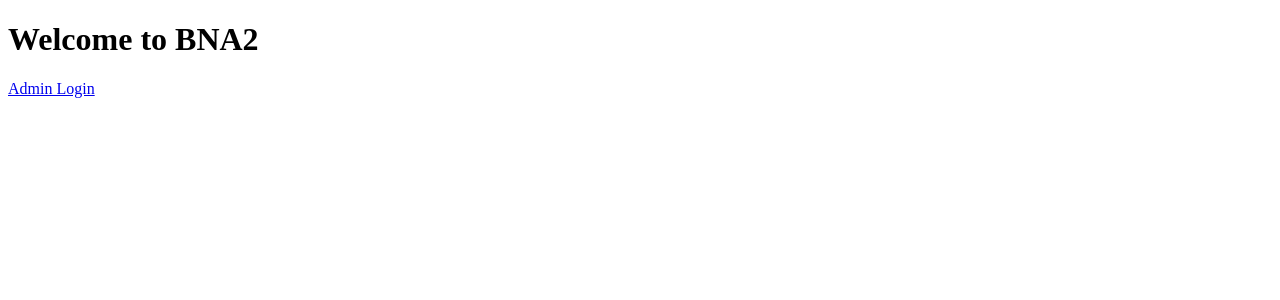
Repository: The-man-of-books/BNA2
Page: BNA2-backend/templates/index.html
The author's editor kept a copy of each file at every save. The page is drawn from the files as they stood at one save, then again after the next save.
The browser window is 1280 px wide. The pictures show the whole page.

Above is the page before, as saved 2025-07-06 13:28:45.

### BNA2-backend/templates/index.html
<!DOCTYPE html>
<html>
<head>
    <title>Home Page</title>
</head>
<body>
    <h1>Welcome to BNA2</h1>
    <a href="/admin-login">Admin Login</a>
</body>
</html>

After the next save:
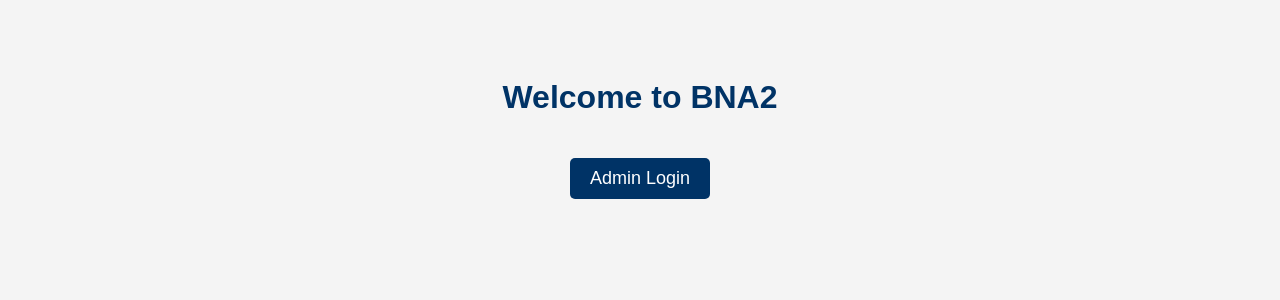
Saved 60 s later.
--- a/BNA2-backend/templates/index.html
+++ b/BNA2-backend/templates/index.html
@@ -1,7 +1,34 @@
 <!DOCTYPE html>
-<html>
+<html lang="en">
 <head>
-    <title>Home Page</title>
+    <meta charset="UTF-8">
+    <meta name="viewport" content="width=device-width, initial-scale=1.0">
+    <title>Home Page - BNA2</title>
+    <style>
+        body {
+            font-family: Arial, sans-serif;
+            background-color: #f4f4f4;
+            text-align: center;
+            padding-top: 50px;
+        }
+        h1 {
+            color: #003366;
+        }
+        a {
+            display: inline-block;
+            padding: 10px 20px;
+            margin-top: 20px;
+            background-color: #003366;
+            color: white;
+            text-decoration: none;
+            font-size: 18px;
+            border-radius: 5px;
+            transition: background-color 0.3s;
+        }
+        a:hover {
+            background-color: #00509e;
+        }
+    </style>
 </head>
 <body>
     <h1>Welcome to BNA2</h1>
